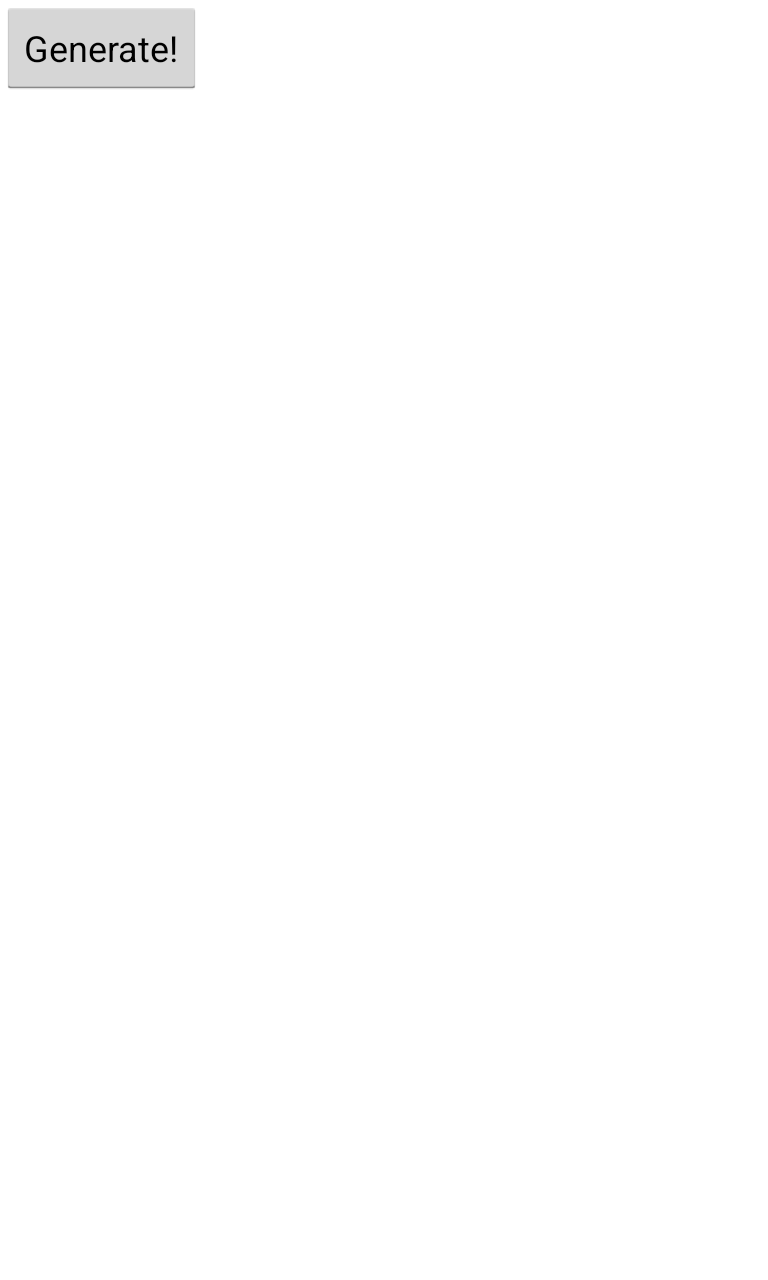
Repository: pierluigi-failla/ingress-passcodes-generator
Layout: android/IngressPasscodesGenerator/res/layout/activity_main.xml
These files come from the project's save history. The layout is drawn as it stood at one moment and after the next save; the edit follows.
It is drawn on a 768 x 1280 px phone screen (xhdpi) without system bars, with theme AppTheme; the app's code is not run.

Above is the layout before, as saved 2013-01-21 21:40:58.

After the next save:
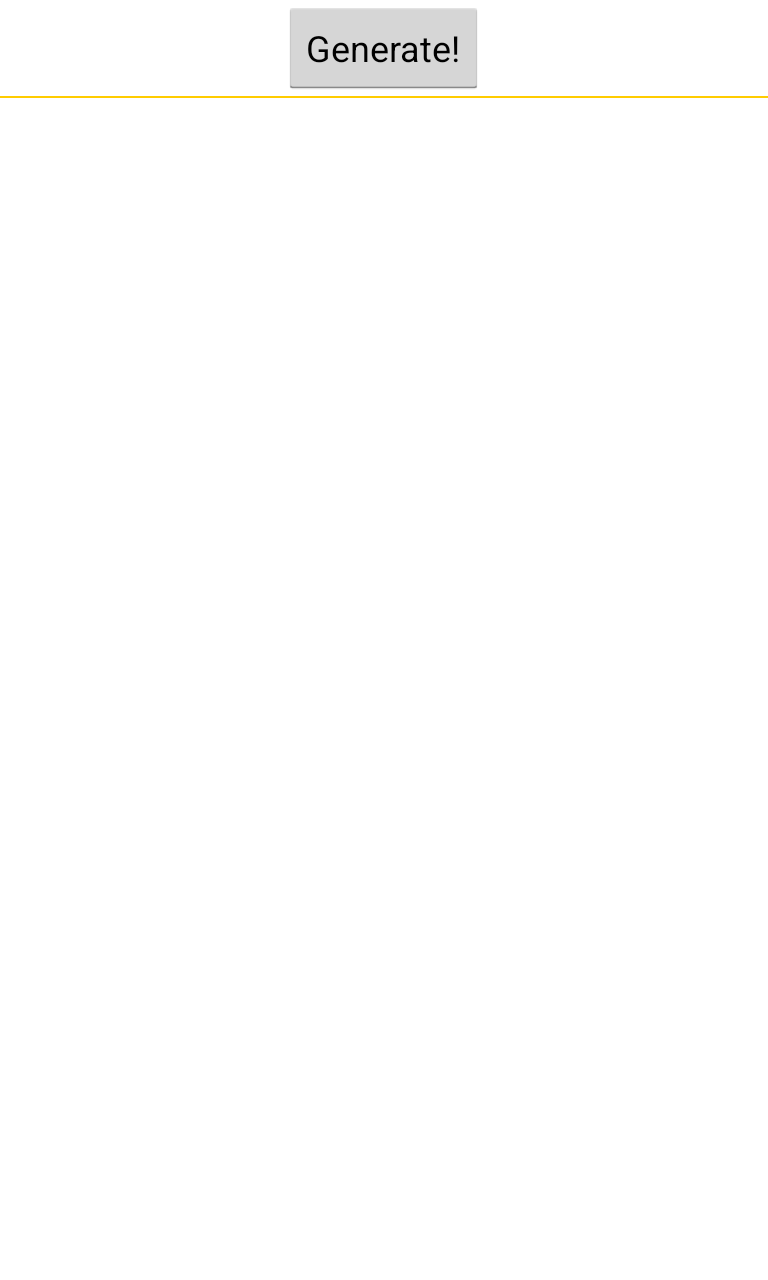
Saved 19 s later.
--- a/android/IngressPasscodesGenerator/res/layout/activity_main.xml
+++ b/android/IngressPasscodesGenerator/res/layout/activity_main.xml
@@ -14,7 +14,15 @@
             android:id="@+id/button1"
             android:layout_width="wrap_content"
             android:layout_height="wrap_content"
+            android:layout_gravity="center_horizontal"
+            android:layout_weight="0"
             android:text="@string/button_generate" />
+
+        <View
+                android:layout_width="fill_parent"
+                android:layout_height="1dip"
+                android:background="#FFCC00"
+                android:padding="5dp" />
 
     </LinearLayout>
 
